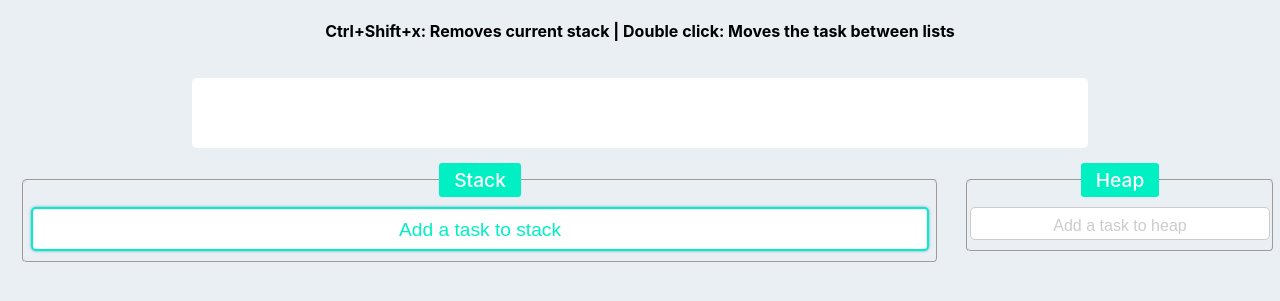
Repository: litalsh/meeting_v1
Page: /
These files come from the project's save history. The page is drawn as it stood at one moment and after the next save; the edit follows.
The browser window is 1280 px wide. The pictures show the whole page.
The project was rebuilt for these pictures with package versions that can differ from the ones it lists, and the page was loaded fresh each time. Also part of the build but not shown: src/Task.js.

Above is the page before, as saved 2020-12-09 09:43:38.

### public/index.html
<!DOCTYPE html>
<html lang="en">
  <head>
    <meta charset="utf-8" />
    <meta name="viewport" content="width=device-width, initial-scale=1" />
    <meta name="theme-color" content="#000000" />
    <meta
      name="description"
      content="Web site created using create-react-app"
    />
    <link rel="apple-touch-icon" href="%PUBLIC_URL%/logo192.png" />
    <!--
      manifest.json provides metadata used when your web app is installed on a
      user's mobile device or desktop. See https://developers.google.com/web/fundamentals/web-app-manifest/
    -->
    <link rel="manifest" href="%PUBLIC_URL%/manifest.json" />
    <!--
      Notice the use of %PUBLIC_URL% in the tags above.
      It will be replaced with the URL of the `public` folder during the build.
      Only files inside the `public` folder can be referenced from the HTML.

      Unlike "/favicon.ico" or "favicon.ico", "%PUBLIC_URL%/favicon.ico" will
      work correctly both with client-side routing and a non-root public URL.
      Learn how to configure a non-root public URL by running `npm run build`.
    -->
    <title>Meeting Managment App</title>
  </head>
  <body>
    <noscript>You need to enable JavaScript to run this app.</noscript>
    <div id="root"></div>
    <!--
      This HTML file is a template.
      If you open it directly in the browser, you will see an empty page.

      You can add webfonts, meta tags, or analytics to this file.
      The build step will place the bundled scripts into the <body> tag.

      To begin the development, run `npm start` or `yarn start`.
      To create a production bundle, use `npm run build` or `yarn build`.
    -->
  </body>
</html>

### src/App.js
import React, { useState, useEffect } from "react";
import "./App.css";
import { v4 as uuidv4 } from "uuid";
import Task from "./Task";

const App = () => {
  const [stack, setStack] = useState([]);
  const [heap, setHeap] = useState([]);

  const newTaskHandler = (event) => {
    if (event.which === 13 && event.target.value !== '') {
      setStack([
        ...stack,
        { id: uuidv4(), type: 'stack', topic: event.target.value, isDone: false }
      ]);
      event.target.value = '';
    };
  };

  const newHeapHandler = (event) => {
    if (event.which === 13 && event.target.value !== '') {
      setHeap([
        ...heap,
        { id: uuidv4(), type: 'heap', topic: event.target.value, isDone: false }
      ]);
      event.target.value = '';
    };
  };

  const taskRemoveHandler = (id, type) => {
    if(type === 'stack'){
    const taskIndex = stack.findIndex(task => {
      return task.id === id;
    });

    let tempList = [...stack];
    tempList.splice(tempList[taskIndex], 1);
    setStack(tempList)
  };
    if(type === 'heap'){
      const taskIndex = heap.findIndex(task => {
        return task.id === id;
      });

      let tempList = [...heap];
      tempList.splice(tempList[taskIndex], 1);
      setHeap(tempList)
    };
    return console.log('taskRmoveHandler: ', stack);

  }

  const keyboardRemoveHandler = (e) => {

    if (e.ctrlKey && e.shiftKey && e.which === 88) {
      let tempStack = [...stack];
      tempStack.splice(tempStack.length - 1, 1);
      setStack(tempStack);
    }
  }
  useEffect(() => {
    if (document){
      document.addEventListener('keydown', keyboardRemoveHandler);
    }
    return () => {
      document.removeEventListener('keydown', keyboardRemoveHandler);
    }
  }, [stack]);

  // const keyboardCangeListHandler = (e, id, type) => {

  //   if (e.ctrlKey && e.which === 77) {
  //     changeListHandler(id, type);
  //   }
  // }

  const changeListHandler = (id, type) => {
    // move task from stack to heap
    if (type === 'stack') {
      const taskIndex = stack.findIndex(task => {
        return task.id === id;
      });
      setHeap([...heap, { id: stack[taskIndex].id, type: 'heap', topic: stack[taskIndex].topic, isDone: false }]);

      let tempStack = [...stack];
      tempStack.splice(taskIndex, 1);
      setStack(tempStack);
      console.log('change to heap ', stack, '  ', heap)
    };

    // move task from heap to stack
    if (type === 'heap') {
      const taskIndex = heap.findIndex(task => {
        return task.id === id;
      });
      setStack([...stack, { id: heap[taskIndex].id, type: 'stack', topic: heap[taskIndex].topic, isDone: false }]);

      let tempHeap = [...heap];
      tempHeap.splice(taskIndex, 1);
      setHeap(tempHeap);
      console.log('change to stack ', stack, '  ', heap)
    };
  }

  return (
    <div className="container">
      <h4>Ctrl+Shift+x: Removes current stack  |  Double click: Moves the task between lists</h4>
      <div className="current-task">
        <h1>{stack[0] !== undefined ? stack[stack.length - 1].topic : null}</h1>
      </div>
      <fieldset className="task-list">
      <legend>Stack</legend>
        <ul>
          <>
            {console.log('1', stack)}
            {stack[0] !== undefined ? stack.map((task, id) => (
              <Task title={task.topic}
                key={id}
                remove={() => taskRemoveHandler(task.id, task.type)}
                move={() => changeListHandler(task.id, task.type)}
                 />
            )) : null}
          </>
        </ul>
        <input type="text" placeholder="Add a task to stack" onKeyDown={newTaskHandler} className='stack-input'  autoFocus aria-flowto='heap-input' />
      </fieldset>

      <fieldset className="task-list">
        <legend>Heap</legend>
        <input type="text" placeholder="Add a task to heap" onKeyDown={newHeapHandler} className='heap-input'  aria-flowto='stack-input' />
        <ul>
          <>
            {console.log('2', heap)}
            {heap[0] !== undefined ? heap.map((task, id) => (
              <Task title={task.topic}
                key={id}
                remove={() => taskRemoveHandler(task.id, task.type)}
                move={() => changeListHandler(task.id, task.type)}/>
            )) : null}
          </>
        </ul>
      </fieldset>
    </div>
  );
};

export default App;

### src/App.css
body{
 background-color:  #eaeff4;
}

h4 {
  text-align: center;
  grid-column: 1/3;}

.container {
  display: grid;
  grid-template-columns: 3fr 1fr;
}

.current-task {
  text-align: center;
  height: 70px;
  grid-column: 1/5;
  width: 70%;
  background: #fff;
  margin: 15px auto;
  border-radius: 5px;
  display: flex;
  align-items: center;
  flex-direction: column;
  justify-content: center;
}

.task-list {
  display: flex;
  flex-direction: column;
  align-self: start;
  border-radius: 5px;
  min-height: 4rem;
  padding: 5px 0;
  width: 95%;
  margin: 0 auto;
 }

 legend {
  margin: 0 auto;
  font-size: 1.2rem;
  font-weight: 500;
  background-color: #00f0c4;
  padding: 5px 15px;
  color: #fff;
  border-radius: 3px;
 }

ul {
  list-style-type: none;
  margin: 0;
  padding: 0;
}

li {
  border: 1px solid AliceBlue;
  width: 70%;
  line-height: 40px;
  margin: -1px auto;
  position: relative;
  background-color: #fff;
  cursor: pointer;
}

.task_item {
  width: 98%;
  line-height: 40px;
  margin: 3px auto;
  position: relative;
  text-align: center;
  border-radius: 5px;
}

.heap_item {
  width: 98%;
  line-height: 40px;
  margin: 3px auto;
  position: relative;
  text-align: center;
  border-radius: 5px;
}

.stack-input {
  border: 2px solid #00f0c4;
  width: 98%;
  line-height: 40px;
  margin: 5px auto;
  position: relative;
  text-align: center;
  border-radius: 5px;
  font-size: 1.3rem;
  padding: 0;
}

.heap-input {
  border: 1px solid #ccc;
  width: 98%;
  line-height: 1.5em;
  margin: 5px auto;
  position: relative;
  text-align: center;
  border-radius: 5px;
  font-size: 1.3rem;
  padding: 0;
}

.stack-input::placeholder{
  color: #00f0c4;
  font-size: 1.2rem;
}

.heap-input::placeholder{
  color: #ccc;
  font-size: 1rem;
}

.stack-input:focus {
  outline: none !important;
  border: 2px solid #00f0c4;
  box-shadow: 0 0 3px #719ECE;
}

.remove {
  width: 2vw;
  height: 2vw;
  position: absolute;
  top: 50%;
  right: 10px;
  transform: translateY(-50%);
  border-radius: 50%;
  border: none;
  font-weight: bold;
  color: gray;
  cursor: pointer;
  font-size: 1rem;
}

Loaded but not shown: src/index.js (common file); src/index.css (common file); src/reportWebVitals.js (common file)

After the next save:
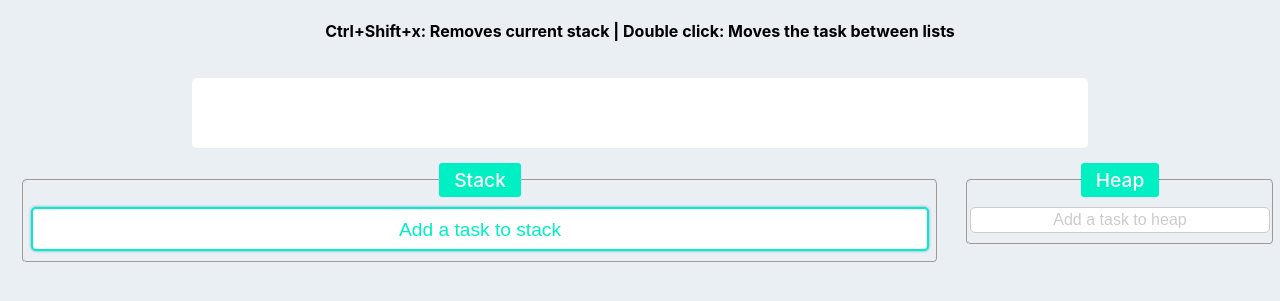
Saved 57 s later.
--- a/src/App.css
+++ b/src/App.css
@@ -62,7 +62,7 @@ li {
   cursor: pointer;
 }
 
-.task_item {
+.stack_item {
   width: 98%;
   line-height: 40px;
   margin: 3px auto;
@@ -73,11 +73,12 @@ li {
 
 .heap_item {
   width: 98%;
-  line-height: 40px;
+  line-height: 1.5em;
   margin: 3px auto;
   position: relative;
   text-align: center;
   border-radius: 5px;
+  font-size: 0.7rem;
 }
 
 .stack-input {
@@ -100,7 +101,7 @@ li {
   position: relative;
   text-align: center;
   border-radius: 5px;
-  font-size: 1.3rem;
+  font-size: 1rem;
   padding: 0;
 }
 
